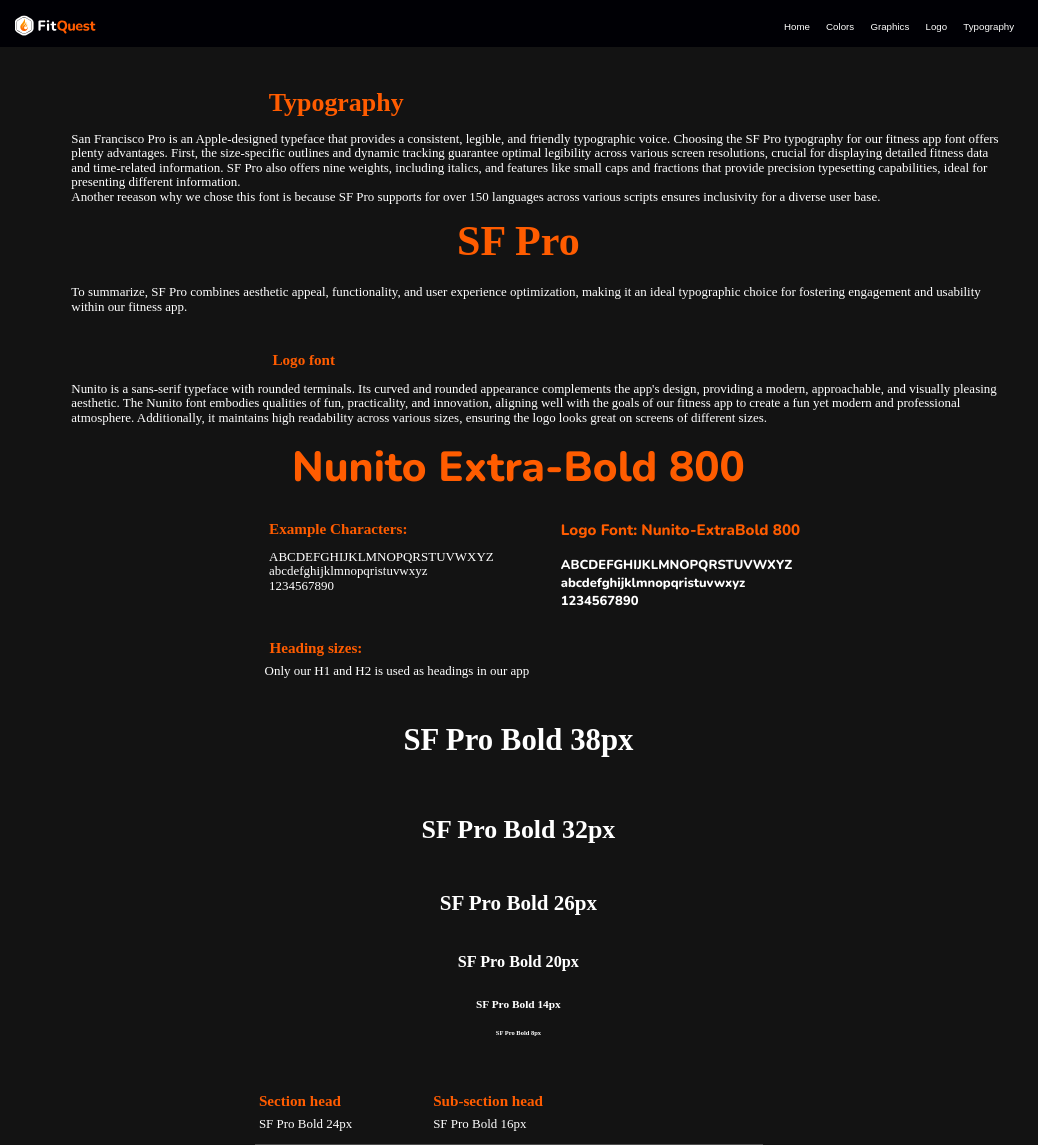
Repository: KyannaKrueger/a5styleguide
Page: /typography
An editor plug-in stored every save of this project. The page is shown before and after the next save, followed by the edit.
The browser window is 1280 px wide. The page is 1282 px wide, so the pictures cover 1282 px, including what lies to the right of the window. The pictures show the whole page, at 81% of full size.
The project was rebuilt for these pictures with package versions that can differ from the ones it lists, and the page was loaded fresh each time. The framework's server and built-in components were replaced by stand-ins that run in the browser. Also part of the build but not shown: next.config.mjs.

Above is the page before, as saved 2024-04-07 19:24:04.

### pages/typography.js
import styles from "@/styles/typography.module.css";
import Header from "@/components/Header";
import Head from 'next/head';

export default function Typography() {
    return (
      <>
      <Head>
        <title>Your Page Title</title>
        <link rel="preconnect" href="https://fonts.googleapis.com" />
        <link rel="preconnect" href="https://fonts.gstatic.com" crossOrigin="true" />
        <link href="https://fonts.googleapis.com/css2?family=Nunito:ital,wght@0,200..1000;1,200..1000&display=swap" rel="stylesheet" />
      </Head>
      <Header/>
        <main className={styles.typography}>
        <h1 className={styles.typoTitle}>Typography</h1>
        <p className={styles.typoText}>San Francisco Pro is an Apple-designed typeface that provides a consistent, legible, and friendly typographic voice.

            Choosing the SF Pro typography for our fitness app font offers plenty advantages. First, the size-specific outlines and dynamic tracking guarantee optimal legibility across various screen resolutions, crucial for displaying detailed fitness data and time-related information.

            SF Pro also offers nine weights, including italics, and features like small caps and fractions that provide precision typesetting capabilities, ideal for presenting different information.<br/>

            Another reeason why we chose this font is because SF Pro supports for over 150 languages across various scripts ensures inclusivity for a diverse user base.</p>
        <h1 className={styles.bigSF}>SF Pro</h1>
        <p className={styles.typoText}>To summarize, SF Pro combines aesthetic appeal, functionality, and user experience optimization, making it an ideal typographic choice for fostering engagement and usability within our fitness app.</p>
        <h3 className={styles.logoH}>Logo font</h3>
        <p className={styles.logoTypoText}>Nunito is a sans-serif typeface with rounded terminals. Its curved and rounded appearance complements the app's design, providing a modern, approachable, and visually pleasing aesthetic. The Nunito font embodies qualities of fun, practicality, and innovation, aligning well with the goals of our fitness app to create a fun yet modern and professional atmosphere. Additionally, it maintains high readability across various sizes, ensuring the logo looks great on screens of different sizes.</p>
        <h1 className={styles.bigNuni}>Nunito Extra-Bold 800</h1>
        <div className={styles.exampleContainer}>
          <div className={styles.mainExContainer}>
              <h3 className={styles.characterH}>Example Characters:</h3>
              <p className={styles.characters}>ABCDEFGHIJKLMNOPQRSTUVWXYZ<br/>abcdefghijklmnopqristuvwxyz<br/>1234567890</p>
          </div>
          <div className={styles.logoExContainer}>
              <h3 className={styles.logoExH}>Logo Font: Nunito-ExtraBold 800</h3>
              <p className={styles.charactersLogo}>ABCDEFGHIJKLMNOPQRSTUVWXYZ<br/>abcdefghijklmnopqristuvwxyz<br/>1234567890</p>
          </div>
        </div>
        <h3 className={styles.headingH}>Heading sizes:</h3>
        <p className={styles.headingDescript}>Only our H1 and H2 is used as headings in our app</p>
        <p className={styles.hOne}>SF Pro Bold 38px</p>
        <p className={styles.hTwo}>SF Pro Bold 32px</p>
        <p className={styles.hThree}>SF Pro Bold 26px</p>
        <p className={styles.hFour}>SF Pro Bold 20px</p>
        <p className={styles.hFive}>SF Pro Bold 14px</p>
        <p className={styles.hSix}>SF Pro Bold 8px</p>
        <div className={styles.subContainer}>
          <div className={styles.subConOne}>
            <h3 className={styles.sec}>Section head</h3>
            <p className={styles.sub}>SF Pro Bold 24px</p>
          </div>
          <div className={styles.subCon}>
            <h3 className={styles.sec}>Sub-section head</h3>
            <p className={styles.sub}>SF Pro Bold 16px</p>
          </div>
        </div>
        </main>
      </>
    );
  }

### styles/typography.module.css
.typography {
    display: flex;
    flex-direction: column;
    align-items: center;
    text-align: left;
    padding: 6rem;
    min-height: 90vh;
    background-color: #131313;
    margin:-10px;
    padding: 0px;
    font-family: SF pro;
    position: relative;
  }

  .typoTitle{
    color: #ff5c00;
    margin-left: -450px;
    margin-bottom: -8px;
    margin-top: 50px;

  }

  .typoText {
    color:#ffffff;
    font-family: SF pro;
    font-size: 16px;
    padding: 40px;
    margin-top: -15px;
    margin-left: 50px;
  }

  .bigSF {
    color: #ff5c00;
    font-size: 52px;
    margin-top: -40px;
    margin-bottom: 0px;
  }

  .logoH{
    color: #ff5c00;
    text-align: left;
    margin-left: -530px;
    margin-top: -10px;
    margin-bottom: -10px;
  }

  .logoTypoText{
    color:#ffffff;
    font-family: SF pro;
    font-size: 16px;
    padding: 40px;
    margin-top: -15px;
    margin-left: 50px;
  }

  .bigNuni{
    color: #ff5c00;
    font-size: 52px;
    margin-top: -40px;
    margin-bottom: 0px;
    font-family: Nunito;
    font-weight: 800;
    margin-bottom: 50px;
  }

  .characterH {
    color: #ff5c00;
    text-align: left;
    margin-left: -360px;
    margin-top: -20px;
  }

.characters {
    color: #ffffff;
    margin-left: -360px;
    margin-top: -5px;
}

.headingH {
    color: #ff5c00;
    text-align: left;
    margin-left: -500px;
    margin-top: 20px;
  }

.exampleContainer {
    display: flex;
    flex-direction: row;
    justify-content: space-between;
    margin-left: 400px;
}

.mainExContainer {
    display: flex;
    flex-direction: column;
}

.logoExContainer {
    display: flex;
    flex-direction: column;
    margin-top: -20px;
}

.logoExH {
    color: #ff5c00;
    text-align: left;
    margin-left: 0px;
    margin-top: 0px;
    font-family: Nunito;
    font-weight: 800;
  }

  .charactersLogo{
    color: #ffffff;
    margin-left: 0px;
    margin-top: 0px;
    font-family: Nunito;
    font-weight: 800;
}

.headingDescript {
    color: #fff;
    margin-left: -300px;
    margin-top: -10px;
}

.hOne {
    font-family: SF Pro;
    font-weight:bold;
    color:#fff;
    font-size: 38px;
}

.hTwo {
    font-family: SF Pro;
    font-weight:bold;
    color:#fff;
    font-size: 32px;
}

.hThree {
    font-family: SF Pro;
    font-weight:bold;
    color:#fff;
    font-size: 26px;
}

.hFour {
    font-family: SF Pro;
    font-weight:bold;
    color:#fff;
    font-size: 20px;
}

.hFive {
    font-family: SF Pro;
    font-weight:bold;
    color:#fff;
    font-size: 14px;
}

.hSix {
    font-family: SF Pro;
    font-weight:bold;
    color:#fff;
    font-size: 8px;
}

.subContainer {
    display: flex;
    flex-direction: row;
    justify-content: space-between;
    margin-left: 10px;
    margin-top: 20px;
}

.subConOne {
    display: flex;
    flex-direction: column;
    justify-content: space-between;
    margin-left: -300px;
    margin-right: 400px;
}

.subCon {
    display: flex;
    flex-direction: column;
    justify-content: space-between;
    margin-left: -300px;
}

.sec {
    color: #ff5c00;
    text-align: left;
    margin-top: 40px;
}

.sub {
    color: #fff;
    margin-top: -10px;
}

### components/Header/index.js
import styles from './header.module.css';
import Link from 'next/link';

export default function Header() {
  return (
    <>
      <main className={styles.header}>
        <div className={styles.logoContainer}>
          <Link href="/">
            <img src="/fQDarkLogo.svg" className={styles.logo} alt="FitQuest Logo" />
          </Link>
        </div>
        <nav className={styles.navBarContainer}>
          <ul className={styles.navBar}>
            <li className={styles.navItem}>
              <Link href="/" className={styles.headLink}>
                Home
              </Link>
            </li>
            <li className={styles.navItem}>
              <Link href="/colors" className={styles.headLink}>
                Colors
              </Link>
            </li>
            <li className={styles.navItem}>
              <Link href="/graphics" className={styles.headLink}>
                Graphics
              </Link>
            </li>
            <li className={styles.navItem}>
              <Link href="/logo" className={styles.headLink}>
                Logo
              </Link>
            </li>
            <li className={styles.navItem}>
              <Link href="/typography" className={styles.headLink}>
                Typography
              </Link>
            </li>
          </ul>
        </nav>
      </main>
    </>
  );
}

### components/Header/header.module.css
.header {
        background-color: #000005;
        color: #fff;
        font-family: 'Lucida Sans', 'Lucida Sans Regular', 'Lucida Grande', 'Lucida Sans Unicode', Geneva, Verdana, sans-serif;
        font-size: 12px;
        height: 70px;
        display: flex;
        justify-content: space-between;
        align-items: center;
        margin: -10px;
      }

      .logoContainer {
        margin-left: 20px;
      }

      .logo {
        width: 100px;
        height: auto;
      }

      .navBarContainer {
        margin-right: 20px;
      }

      .navBar {
        list-style-type: none;
        display: flex;
        justify-content: flex-end;
        padding: 0;
        margin: 0;
      }

      .navItem {
        padding: 0 10px;
      }

      .headLink {
        color: #fff;
        text-decoration: none;
        font-family: 'SF Pro', sans-serif;
      }

      .headLink:hover {
        color: #FF5C00;
      }

Loaded but not shown: pages/_app.js (common file); pages/_document.js (common file); styles/globals.css (common file)

After the next save:
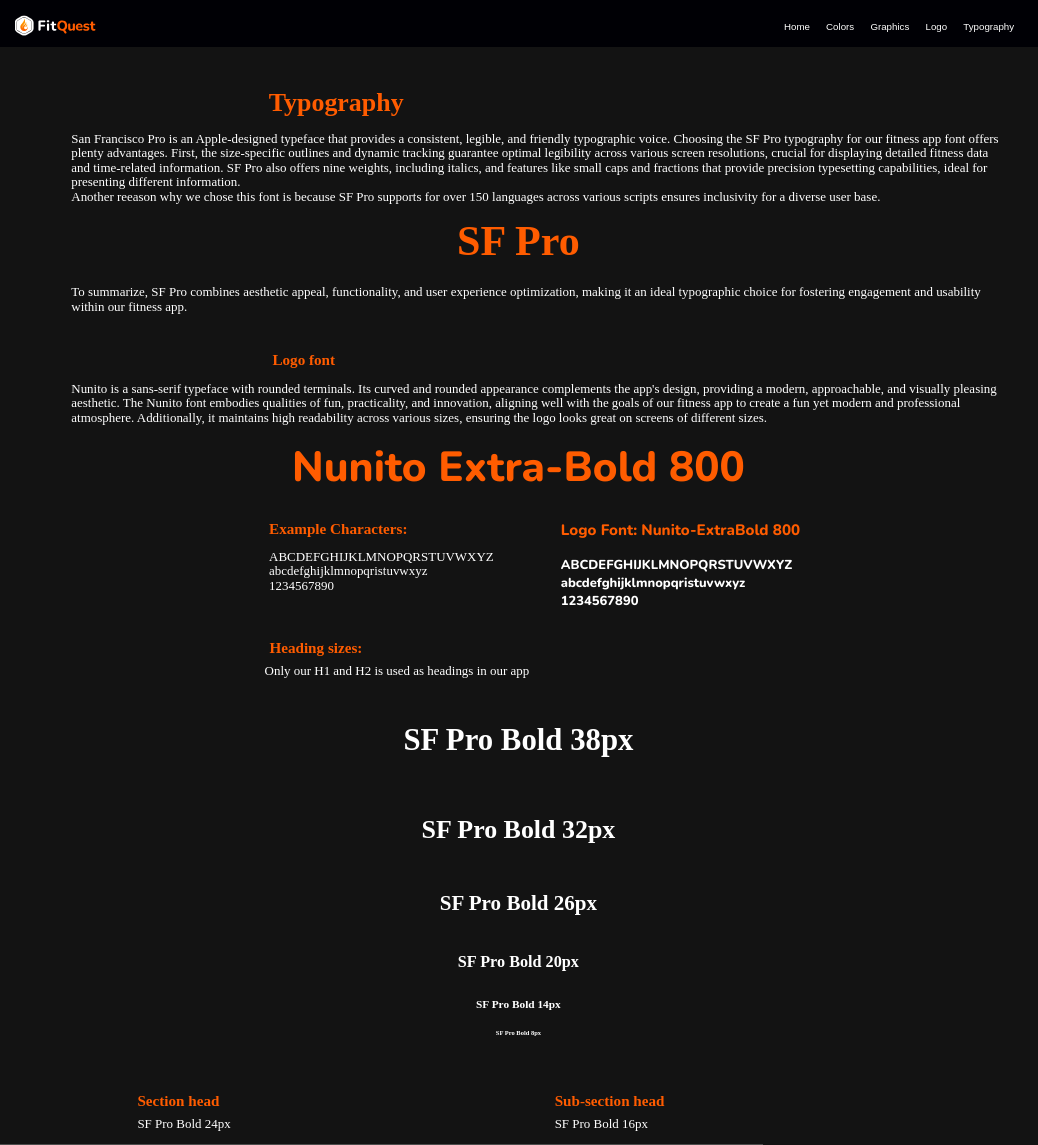
Saved 29 s later.
--- a/styles/typography.module.css
+++ b/styles/typography.module.css
@@ -179,7 +179,7 @@
     flex-direction: column;
     justify-content: space-between;
     margin-left: -300px;
-    margin-right: 400px;
+    margin-right: 700px;
 }
 
 .subCon {
